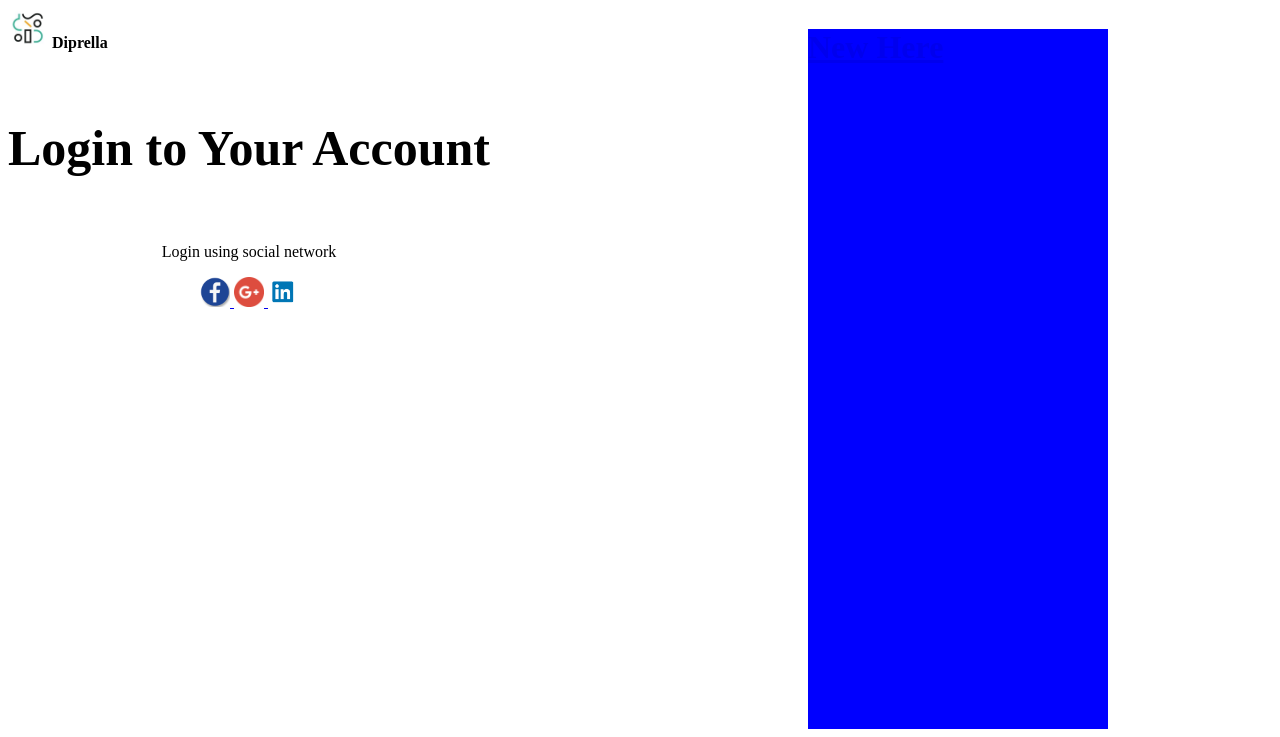
Repository: Tobby004/bdc-assignment-3
Page: task.html
An editor plug-in stored every save of this project. The page is shown before and after the next save, followed by the edit.
The browser window is 1280 px wide. The pictures show the whole page.

Above is the page before, as saved 2023-02-21 09:32:37.

### task.html
<!DOCTYPE html>
<html lang="en">
<head>
    <meta charset="UTF-8">
    <meta http-equiv="X-UA-Compatible" content="IE=edge">
    <meta name="viewport" content="width=device-width, initial-scale=1.0">
    <title>Document</title>
    <link rel="stylesheet" href="task.css">
</head>
<body>
    <div class="box-container">
    <div class="box1">
    <header id="logo"><img src="diprella.JPG"  height="40px" alt="diprella"</header>
    <b>Diprella</b>
    <h4>Login to Your Account</h4>
    <p>Login using social network</p>
        <div class="logo">
            <a href="#"><img src="facebook.png" height="30px"</a>
            <a href="#"><img src="googe plus.png" height="30px"</a>
            <a href="#"><img src="linkedin.png" height="30px"</a>
           </div>
        </div>
        <div class="box2">
            <h1>New Here</h1>

        </div>


    </div>
</body>
</html>

### task.css
* {
    box-sizing: border-box;
}

.box-container {
   display: flex;
   max-width: 400%;
}
.box1 {
    background-color: white;
    display: flex;
    width: 800px;
    height: 700px;
}
.box2 {
    background-color: blue;
    height: 700px;
    width: 300px;
}
div h4{
    font-size: 50px;
    text-align: center;

}
p {
    text-align: center;
}
div .logo {
    text-align: center;
}

After the next save:
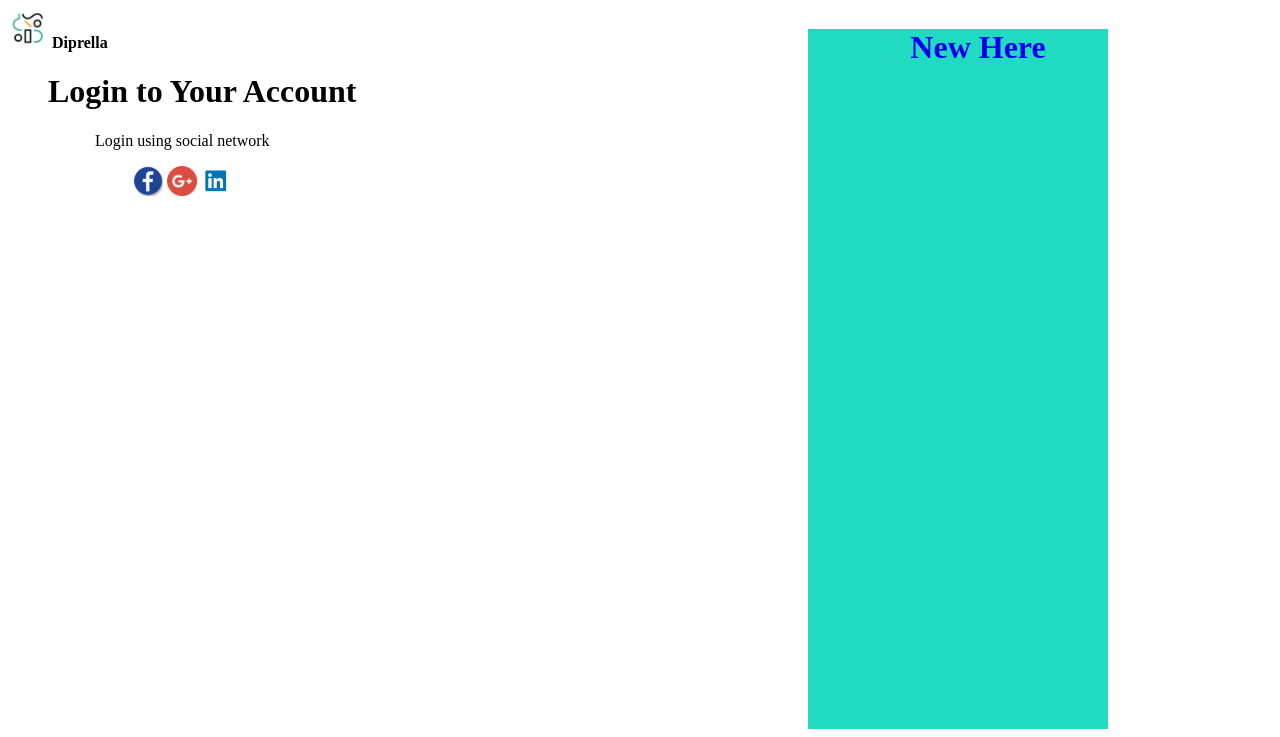
Saved 9 min 4 s later.
--- a/task.html
+++ b/task.html
@@ -12,7 +12,7 @@
     <div class="box1">
     <header id="logo"><img src="diprella.JPG"  height="40px" alt="diprella"</header>
     <b>Diprella</b>
-    <h4>Login to Your Account</h4>
+    <h1>Login to Your Account</h1>
     <p>Login using social network</p>
         <div class="logo">
             <a href="#"><img src="facebook.png" height="30px"</a>
--- a/task.css
+++ b/task.css
@@ -13,12 +13,12 @@
     height: 700px;
 }
 .box2 {
-    background-color: blue;
+    background-color: #20dbc2;
     height: 700px;
     width: 300px;
 }
-div h4{
-    font-size: 50px;
+h1{
+    margin-left: 40px;
     text-align: center;
 
 }
@@ -28,3 +28,6 @@ p {
 div .logo {
     text-align: center;
 }
+div a{
+    text-decoration: none;
+}
